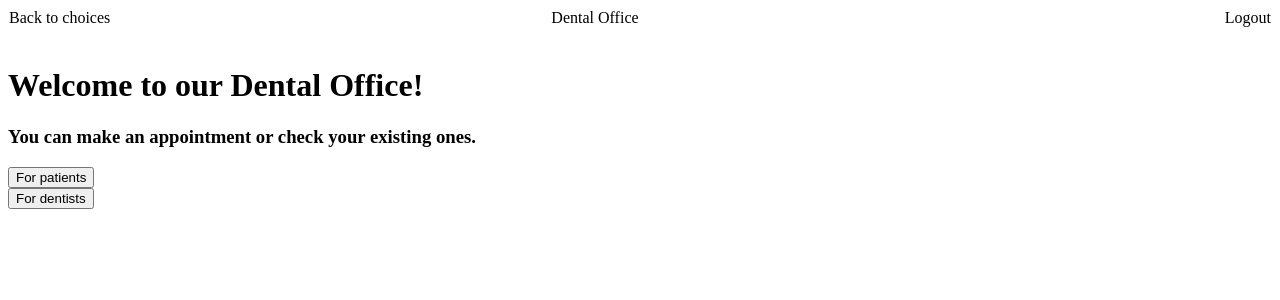
Repository: ThEgIGN/DentalOfficeWebApplication
Page: http://localhost/DentalOfficeWEB/
These files come from the project's save history. The page is drawn as it stood at one moment and after the next save; the edit follows.
The browser window is 1280 px wide. The pictures show the whole page.
The page is served by Tomcat 9. Nobody is signed in. The application's start-up code is not run.

Above is the page before, as saved 2023-06-16 10:09:57.

After the next save:
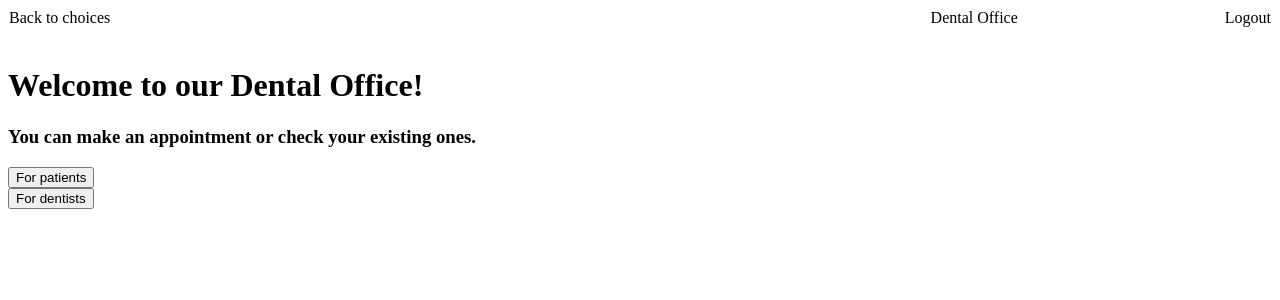
Saved 40 s later.
--- a/DentalOfficeProject/DentalOfficeWEB/src/main/webapp/index.jsp
+++ b/DentalOfficeProject/DentalOfficeWEB/src/main/webapp/index.jsp
@@ -11,7 +11,7 @@
 		style="width: 100%; border-collapse: collapse;">
 		<tr>
 			<td style="text-align: left">Back to choices</td>
-			<td>Dental Office</td>
+			<td style="text-align: right">Dental Office</td>
 			<td style="text-align: right">Logout</td>
 		</tr>
 	</table>
